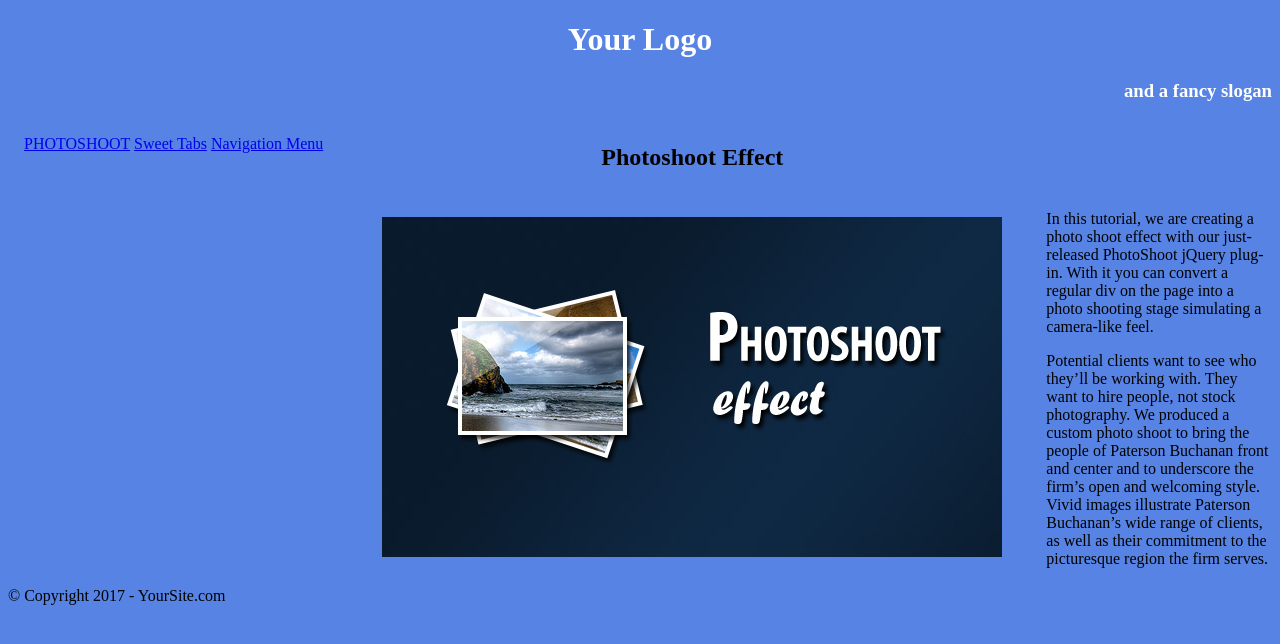
Repository: Helianthusss/Learn-CPP
Page: HTML/Lab-03/Lab-3-Resources/Ex01_PhotoShootEffect/photo-shoot-effect.html
An editor plug-in stored every save of this project. The page is shown before and after the next save, followed by the edit.
The browser window is 1280 px wide. The pictures show the whole page.

Above is the page before, as saved 2021-10-13 08:03:42.

### HTML/Lab-03/Lab-3-Resources/Ex01_PhotoShootEffect/photo-shoot-effect.html
<!DOCTYPE html>
<html lang="en">
  <head>
    <meta charset="UTF-8" />
    <title>Photo Shoot Effect</title>
    <link rel="stylesheet" type="text/css" href="photo-shoot-effect.css" />
  </head>
  <body>
    <header>
      <h1>Your Logo</h1>
      <h3>and a fancy slogan</h3>
      <nav>
        <a href="#">PHOTOSHOOT</a>
        <a href="#" title="sweet tabs">Sweet Tabs</a>
        <a href="#">Navigation Menu</a>
      </nav>
    </header>
    <table>
      <main>
        <article>
          <tr>
            <th><h2>Photoshoot Effect</h2></th>
          </tr>
          <tr>
              <td>
            <div class="article-content">
              <figure>
                <img src="images/photo.jpg" />
              </figure></td>
              <td>
              <p>
                In this tutorial, we are creating a photo shoot effect with our
                just-released PhotoShoot jQuery plug-in. With it you can convert
                a regular div on the page into a photo shooting stage simulating
                a camera-like feel.
              </p>
              <p>
                Potential clients want to see who they’ll be working with. They
                want to hire people, not stock photography. We produced a custom
                photo shoot to bring the people of Paterson Buchanan front and
                center and to underscore the firm’s open and welcoming style.
                Vivid images illustrate Paterson Buchanan’s wide range of
                clients, as well as their commitment to the picturesque region
                the firm serves.
              </p>
            </td>
            </div>
          </tr>
        </article>
      </main>
    </table>
    <footer>&copy; Copyright 2017 - YourSite.com</footer>
  </body>
</html>

### HTML/Lab-03/Lab-3-Resources/Ex01_PhotoShootEffect/photo-shoot-effect.css
body {
  background-color: rgb(86, 131, 228);
}
h1 {
  text-align: center;
  color: white;
}
h3 {
  text-align: right;
  color: white;
}
nav {
  overflow: hidden;
  text-align: center;
  float: left;
  display: block;
  text-align: center;
  padding: 14px 16px;
  text-decoration: none;
}
.article-content {
  text-align: right;
}

After the next save:
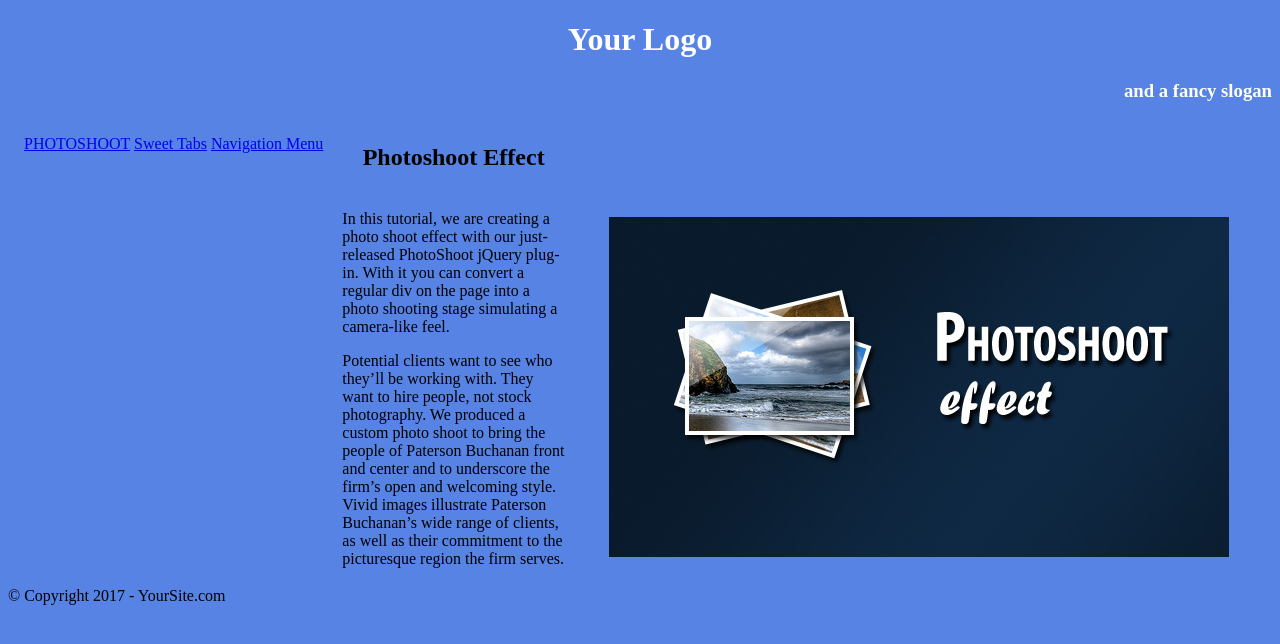
Saved 19 s later.
--- a/HTML/Lab-03/Lab-3-Resources/Ex01_PhotoShootEffect/photo-shoot-effect.html
+++ b/HTML/Lab-03/Lab-3-Resources/Ex01_PhotoShootEffect/photo-shoot-effect.html
@@ -23,11 +23,6 @@
           </tr>
           <tr>
               <td>
-            <div class="article-content">
-              <figure>
-                <img src="images/photo.jpg" />
-              </figure></td>
-              <td>
               <p>
                 In this tutorial, we are creating a photo shoot effect with our
                 just-released PhotoShoot jQuery plug-in. With it you can convert
@@ -44,6 +39,11 @@
                 the firm serves.
               </p>
             </td>
+            <td>
+                <div class="article-content">
+                  <figure>
+                    <img src="images/photo.jpg" />
+                  </figure></td>
             </div>
           </tr>
         </article>
